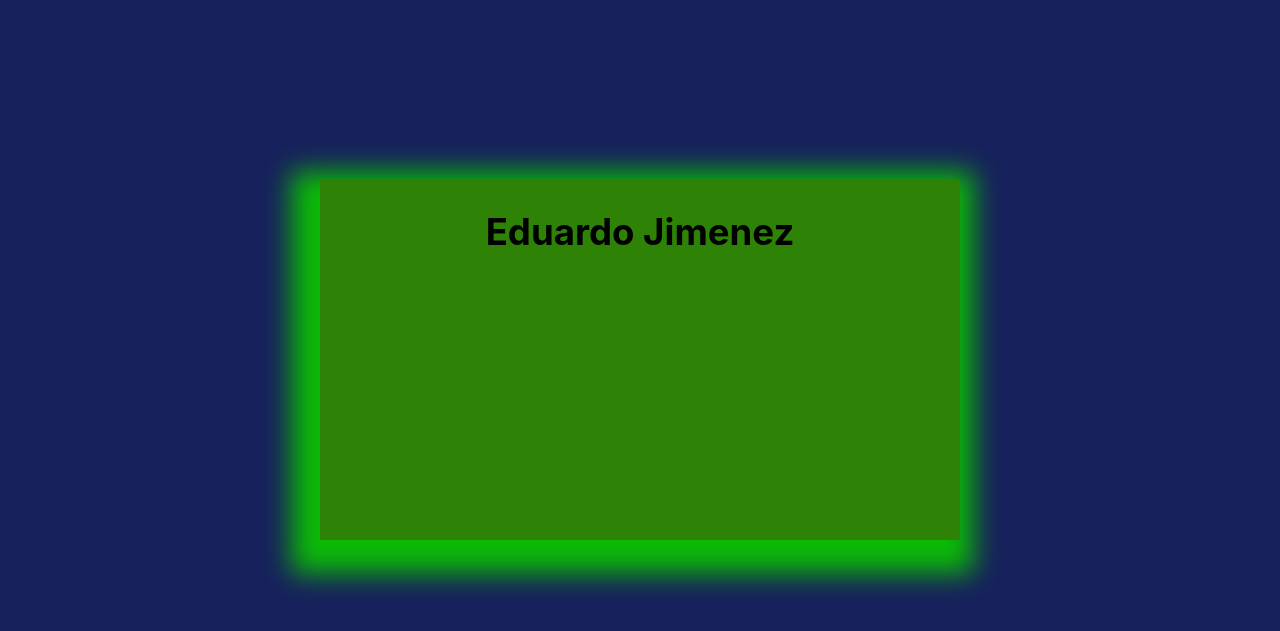
Repository: l8nightswithJS/react-my-portfolio
Page: /
These files come from the project's save history. The page is drawn as it stood at one moment and after the next save; the edit follows.
The browser window is 1280 px wide. The pictures show the whole page.
The project was rebuilt for these pictures with package versions that can differ from the ones it lists, and the page was loaded fresh each time.

Above is the page before, as saved 2021-04-23 00:01:24.

After the next save:
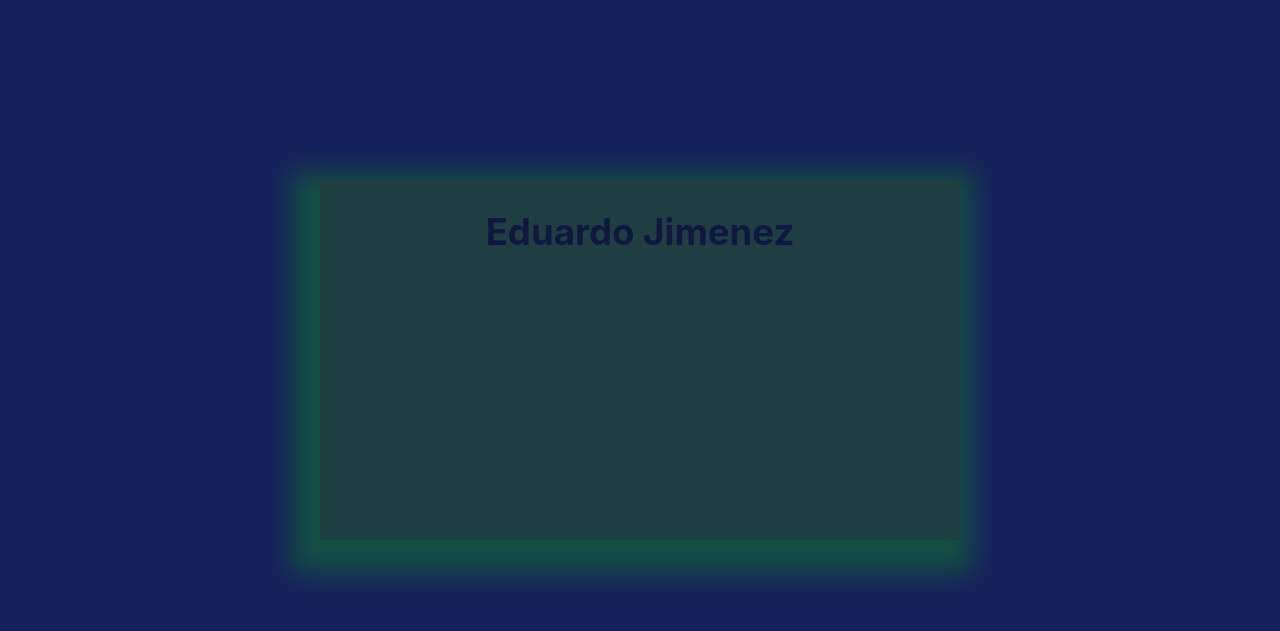
Saved 6 s later.
--- a/src/App.css
+++ b/src/App.css
@@ -18,7 +18,7 @@ section {
   font-size: calc(10px + 2vmin);
   color: white;
   box-shadow: -1vh 1vw 2vw 3vh rgb(12, 187, 6);
-  opacity: 1.5;
+  opacity: .3;
 }
 
 h1 {
